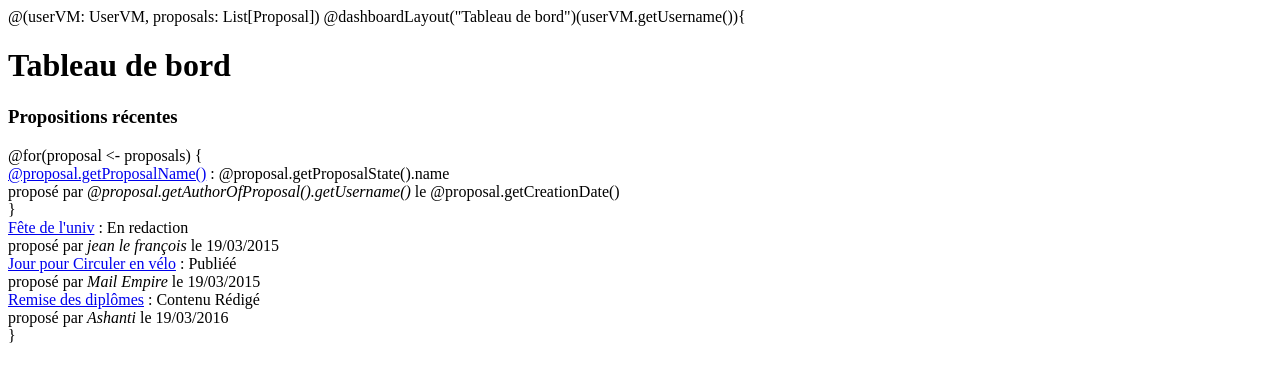
Repository: spirale-software/labo_master
Page: Application/oneDotCom/app/views/dashboard.scala.html
These files come from the project's save history. The page is drawn as it stood at one moment and after the next save; the edit follows.
The browser window is 1280 px wide. The pictures show the whole page.

Above is the page before, as saved 2017-04-16 20:49:30.

### Application/oneDotCom/app/views/dashboard.scala.html
@(userVM: UserVM, proposals: List[Proposal])

@dashboardLayout("Tableau de bord")(userVM.getUsername()){

	<meta content="text/html; charset=UTF-8" http-equiv="Content-Type">

	 <h1 class="page-header">Tableau de bord</h1>

	 <div class="row">
                <div class="col-lg-8 col-md-8">
                    <div class="panel panel-default">
                        <div class="panel-heading">
                            <h3 class="panel-title">Propositions récentes</h3>
                        </div>
                        <div class="panel-body">

                        	@for(proposal <- proposals) {
                        		<div class="panel panel-default">
                                	<div class="panel-body">
                                    	<a href="#">@proposal.getProposalName()</a> : @proposal.getProposalState().name<br>
                                        proposé par <em>@proposal.getAuthorOfProposal().getUsername()</em> le @proposal.getCreationDate()
                                	</div>
                            	</div>
                        	}

                            <div class="panel panel-default">
                                <div class="panel-body">
                                    <a href="#">Fête de l'univ</a> : En redaction<br>
                                        proposé par <em>jean le françois</em> le 19/03/2015
                                </div>
                            </div>

                            <div class="panel panel-default">
                                <div class="panel-body">
                                    <a href="#">Jour pour Circuler en vélo</a> : Publiéé<br>
                                    proposé par <em>Mail Empire</em> le 19/03/2015
                                </div>
                            </div>

                            <div class="panel panel-default">
                                <div class="panel-body">
                                    <a href="#">Remise des diplômes</a> : Contenu Rédigé<br>
                                    proposé par <em>Ashanti</em> le 19/03/2016
                                </div>
                            </div>


                        </div><!--[/panel-body]-->

                    </div>

                </div>

                <div class="col-lg-6 col-md-6">


                </div>

            </div>


}

After the next save:
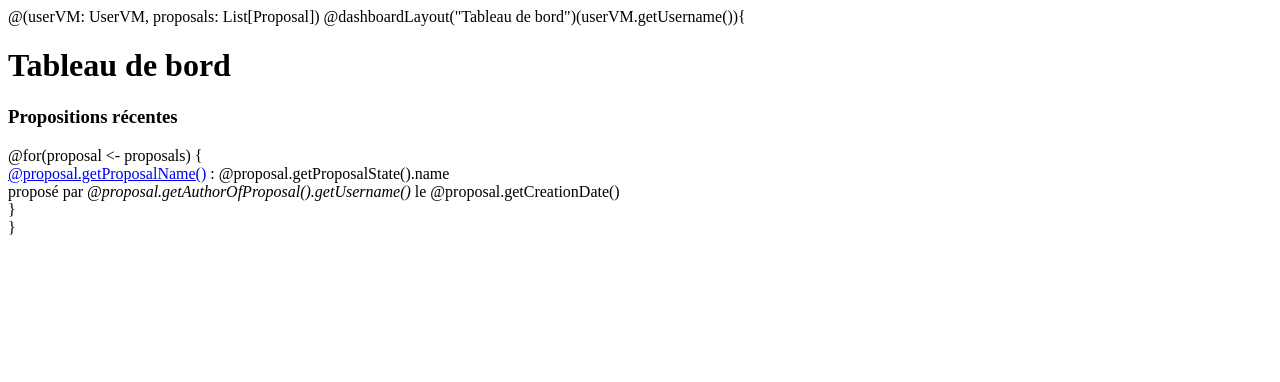
Saved 63 s later.
--- a/Application/oneDotCom/app/views/dashboard.scala.html
+++ b/Application/oneDotCom/app/views/dashboard.scala.html
@@ -22,29 +22,6 @@
                                 	</div>
                             	</div>
                         	}
-
-                            <div class="panel panel-default">
-                                <div class="panel-body">
-                                    <a href="#">Fête de l'univ</a> : En redaction<br>
-                                        proposé par <em>jean le françois</em> le 19/03/2015
-                                </div>
-                            </div>
-
-                            <div class="panel panel-default">
-                                <div class="panel-body">
-                                    <a href="#">Jour pour Circuler en vélo</a> : Publiéé<br>
-                                    proposé par <em>Mail Empire</em> le 19/03/2015
-                                </div>
-                            </div>
-
-                            <div class="panel panel-default">
-                                <div class="panel-body">
-                                    <a href="#">Remise des diplômes</a> : Contenu Rédigé<br>
-                                    proposé par <em>Ashanti</em> le 19/03/2016
-                                </div>
-                            </div>
-
-
                         </div><!--[/panel-body]-->
 
                     </div>
